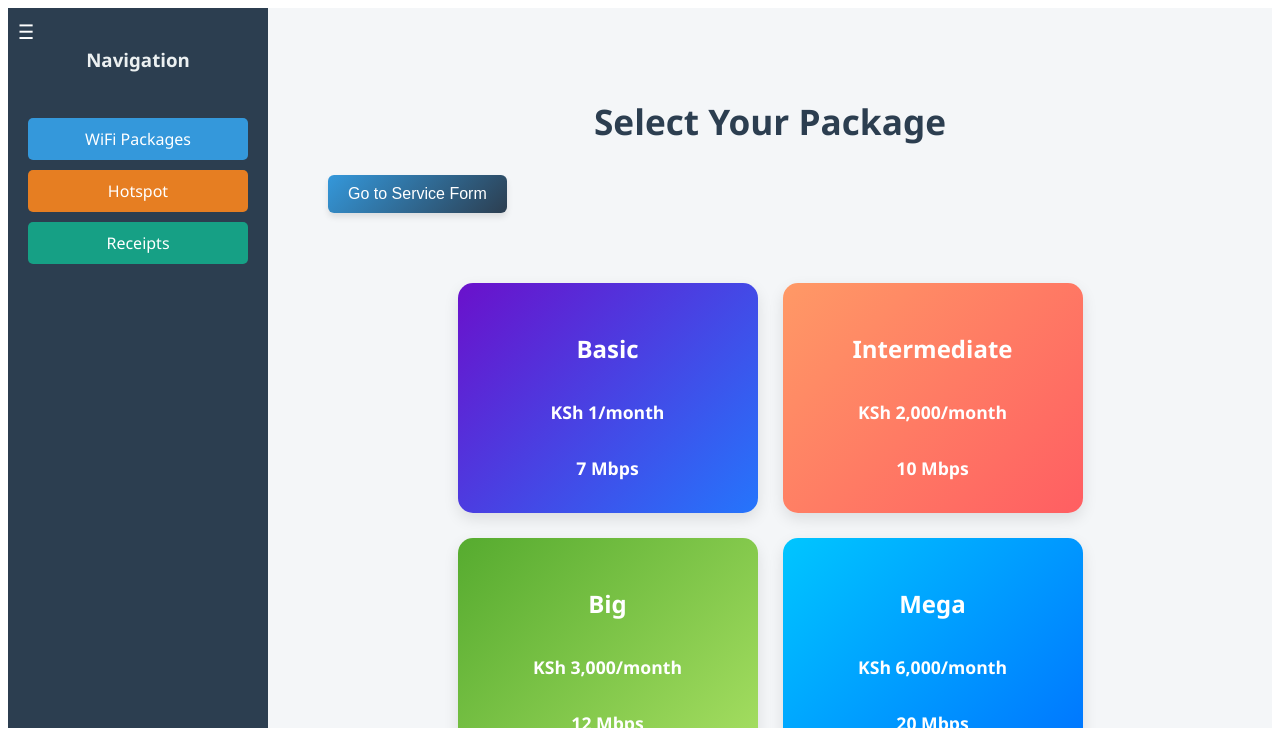
Repository: rachel648/system_Bill
Page: /packages (app in client/)
An editor plug-in stored every save of this project. The page is shown before and after the next save, followed by the edit.
The browser window is 1280 px wide. The pictures show the whole page.
The page's requests for data from a server got no answer. An inner scrolling area shows only its first screen. The project was rebuilt for these pictures with package versions that can differ from the ones it lists, and the page was loaded fresh each time. No one was signed in, and anything a server would have sent is missing. Also part of the build but not shown: client/src/components/ServiceForm.js, client/src/Hotspot.css, client/src/Hotspot.js, client/src/admin.js. Imported but missing from the stored project, and not drawn on this page: client/src/Receipts.

Above is the page before, as saved 2025-07-10 17:47:04.

After the next save:
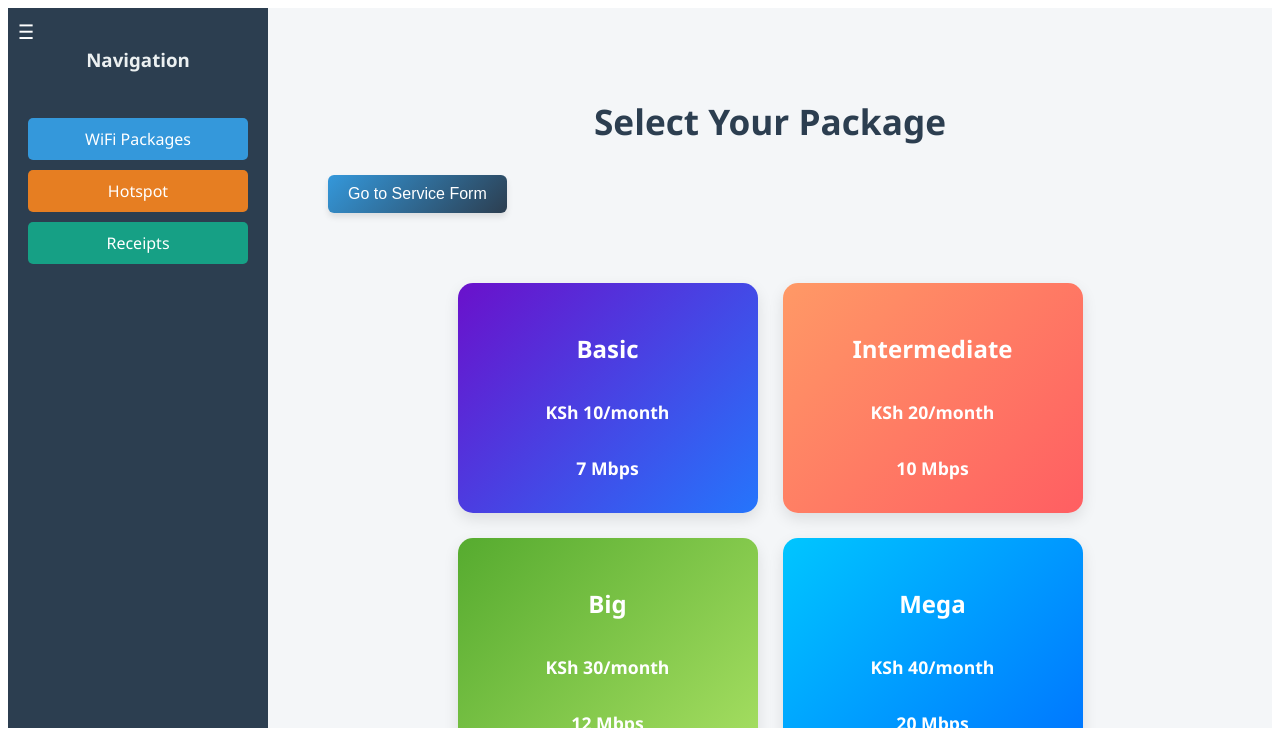
Saved 7 min 30 s later.
--- a/client/src/Packages.js
+++ b/client/src/Packages.js
@@ -3,10 +3,11 @@ import { useNavigate } from 'react-router-dom';
 import './Packages.css';
 
 const packagePrices = {
-  Basic: 1,
-  Intermediate: 2000,
-  Big: 3000,
-  Mega: 6000,
+  Basic: 10,
+  Intermediate: 20,
+  Big: 30,
+  Mega: 40,
+  Super: 100,
 };
 
 const API_BASE_URL = process.env.NODE_ENV === 'production'
